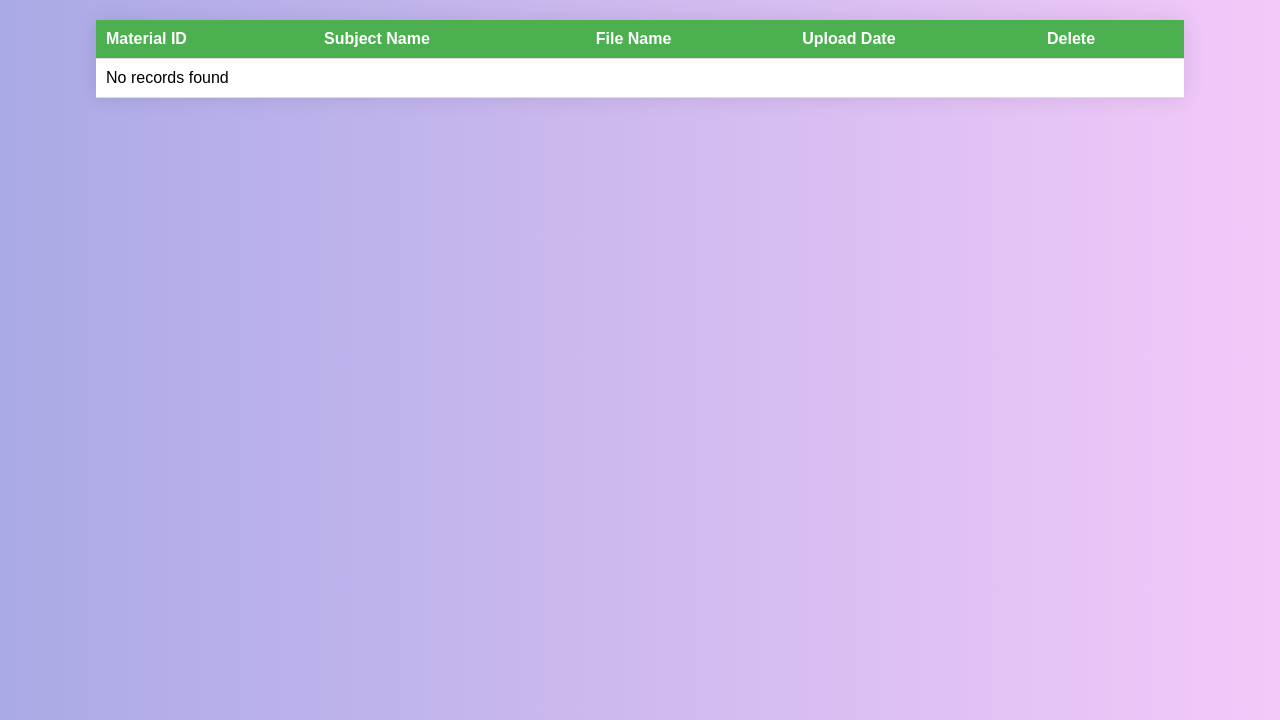
Repository: Acharya-Keerthana/Education
Page: http://localhost/education/third_sem/COD.php
An editor plug-in stored every save of this project. The page is shown before and after the next save, followed by the edit.
The browser window is 1280 px wide. The pictures show the whole page.
The page is run by PHP 8.4 with error messages shown; the project is at /var/www/html/. Queries for data that is not in the repository find no rows.

Above is the page before, as saved 2024-04-16 19:00:13.

### third_sem/COD.php
<!DOCTYPE html>
<html>
<head>
    <link rel="stylesheet" type="text/css" href="styles.css">
</head>
<body>
    <div class="table-container">
        <table>
            <tr><th>Material ID</th><th>Subject Name</th><th>File Name</th><th>Upload Date</th><th>Delete</th></tr>
            <?php
            require 'database.php';

            $sql = "SELECT sm.material_id, sm.file_name,sm.upload_date, s.subject_name
                    FROM study_materials sm
                    JOIN subjects s ON sm.subject_id = s.subject_id WHERE s.subject_id= 2";

            $result = $conn->query($sql);

            if ($result->num_rows > 0) {
                // Fetch each row and populate the table
                while ($row = $result->fetch_assoc()) {
                    echo "<tr><td>" . $row["material_id"] . "</td><td>" . $row["subject_name"] . "</td><td>" . $row["file_name"] . "</td><td>" . $row["upload_date"] . "</td></tr>";
                    echo "<td><a href='delete.php?material_id=" . $row['material_id'] . "' onclick=\"return confirm('Are you sure you want to delete this study material?');\">Delete</a></td>";
                    echo "</tr>";
                }
                echo "</table>";
            } else {
                echo "<tr><td colspan='5'>No records found</td></tr>";
            }
            ?>
        </table>
    </div>
</body>
</html>

### third_sem/database.php
<?php
error_reporting(0);
$servername="localhost";
$username="root";
$password="";
$database="education";

$conn=mysqli_connect($servername,$username,$password,$database);
if(!$conn){
die ("connection error".mysqli_connect_error());
}

### third_sem/styles.css

body {
    font-family: Arial, sans-serif;
    margin: 0;
    padding: 0;
    animation: changeBackgroundColor 20s infinite linear; /* Change background color every 20 seconds */
}

@keyframes changeBackgroundColor {
    0% {
        background-color: rgb(170, 170, 230);
    }
    50% {
        background: linear-gradient(to right, rgb(170, 170, 230), rgb(243, 201, 249)); /* Gradient transition */
    }
    100% {
        background-color: rgb(243, 201, 249);
    }
}

h2 {
    text-align: center;
    margin-top: 20px;
    color: #333;
    animation: changeHeadingColor 8s infinite alternate; /* Change heading color every 8 seconds */
}

@keyframes changeHeadingColor {
    0% {
        color: #333;
    }
    50% {
        color: #ff5733; /* Change to a different color */
    }
    100% {
        color: #333;
    }
}

table {
    width: 85%;
    margin: 20px auto;
    border-collapse: collapse;
    background-color: #fff;
    box-shadow: 0 0 20px rgba(0, 0, 0, 0.1);
}

th, td {
    padding: 10px;
    text-align: left;
    border-bottom: 1px solid #ddd;
}

th {
    background-color: #4CAF50; /* Bright green for better visibility */
    color: white; /* White text color for contrast */
}

tr:hover {
    background-color: #f5f5f5;
}
/**/

After the next save:
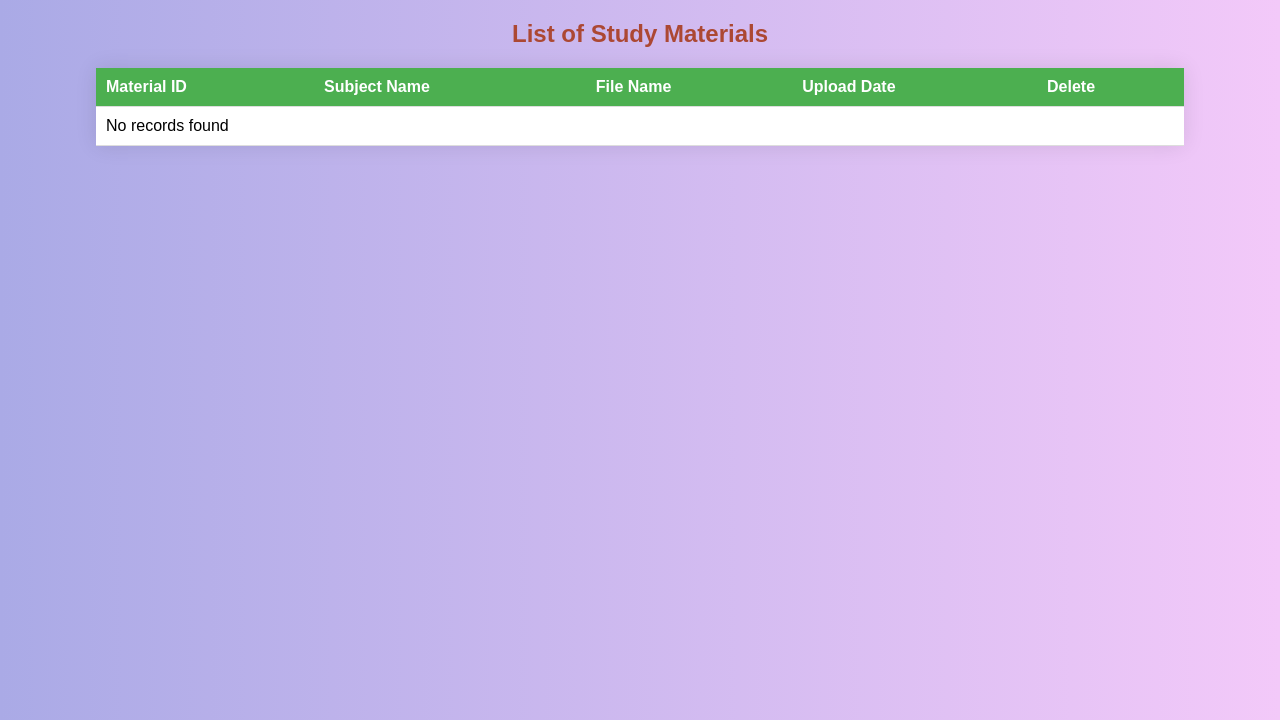
Saved 6 min 49 s later.
--- a/third_sem/COD.php
+++ b/third_sem/COD.php
@@ -5,25 +5,35 @@
 </head>
 <body>
     <div class="table-container">
+        <h2>List of Study Materials</h2>
         <table>
-            <tr><th>Material ID</th><th>Subject Name</th><th>File Name</th><th>Upload Date</th><th>Delete</th></tr>
+            <tr>
+                <th>Material ID</th>
+                <th>Subject Name</th>
+                <th>File Name</th>
+                <th>Upload Date</th>
+                <th>Delete</th>
+            </tr>
             <?php
             require 'database.php';
 
-            $sql = "SELECT sm.material_id, sm.file_name,sm.upload_date, s.subject_name
+            $sql = "SELECT sm.material_id, sm.file_name, sm.upload_date, s.subject_name
                     FROM study_materials sm
-                    JOIN subjects s ON sm.subject_id = s.subject_id WHERE s.subject_id= 2";
+                    JOIN subjects s ON sm.subject_id = s.subject_id";
 
             $result = $conn->query($sql);
 
             if ($result->num_rows > 0) {
                 // Fetch each row and populate the table
                 while ($row = $result->fetch_assoc()) {
-                    echo "<tr><td>" . $row["material_id"] . "</td><td>" . $row["subject_name"] . "</td><td>" . $row["file_name"] . "</td><td>" . $row["upload_date"] . "</td></tr>";
+                    echo "<tr>";
+                    echo "<td>" . $row["material_id"] . "</td>";
+                    echo "<td>" . $row["subject_name"] . "</td>";
+                    echo "<td>" . $row["file_name"] . "</td>";
+                    echo "<td>" . $row["upload_date"] . "</td>";
                     echo "<td><a href='delete.php?material_id=" . $row['material_id'] . "' onclick=\"return confirm('Are you sure you want to delete this study material?');\">Delete</a></td>";
                     echo "</tr>";
                 }
-                echo "</table>";
             } else {
                 echo "<tr><td colspan='5'>No records found</td></tr>";
             }
